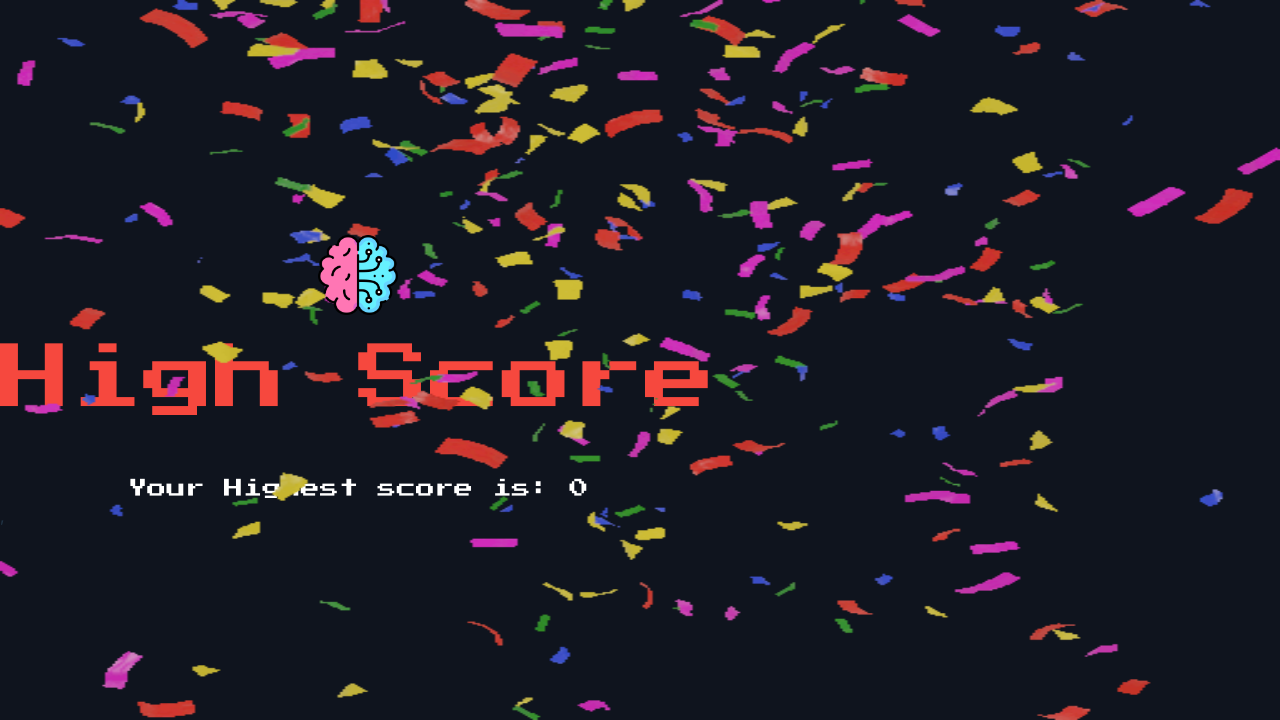
Repository: Shenixo/Color_match_game
Page: /high_score
These files come from the project's save history. The page is drawn as it stood at one moment and after the next save; the edit follows.
The browser window is 1280 px wide. The pictures show the whole page.
The project was rebuilt for these pictures with package versions that can differ from the ones it lists, and the page was loaded fresh each time. Also part of the build but not shown: vite.config.js, src/Components/Tab/Tab.css, src/Components/Tab/Tab.jsx, src/Components/Card/Card.css, src/Components/Card/Card.jsx, src/Pages/Home/Home.jsx, src/Pages/Rules/Rules.css, src/Pages/Rules/Rules.jsx and 5 more. Imported but missing from the stored project, and not drawn on this page: src/assets/button_clicks.wav, src/assets/celebration.mp3, src/assets/game_theme_sound.mp4, src/assets/lose.wav, src/assets/win.wav.

Above is the page before, as saved 2025-02-04 15:13:21.

### index.html
<!DOCTYPE html>
<html lang="en">
  <head>
    <meta charset="UTF-8" />
    <link rel="icon" type="image/svg+xml" href="/vite.svg" />
    <meta name="viewport" content="width=device-width, initial-scale=1.0" />
    <link rel="preconnect" href="https://fonts.googleapis.com" />
    <link rel="preconnect" href="https://fonts.gstatic.com" crossorigin />
    <link rel="preconnect" href="https://fonts.googleapis.com">
<link rel="preconnect" href="https://fonts.gstatic.com" crossorigin>
<link href="https://fonts.googleapis.com/css2?family=Inter:ital,opsz,wght@0,14..32,100..900;1,14..32,100..900&family=Poppins:ital,wght@0,100;0,200;0,300;0,400;0,500;0,600;0,700;0,800;0,900;1,100;1,200;1,300;1,400;1,500;1,600;1,700;1,800;1,900&family=Press+Start+2P&display=swap" rel="stylesheet">
    <title>Color Match</title>
  </head>
  <body>
    <div id="root"></div>
    <script type="module" src="/src/main.jsx"></script>
  </body>
</html>

### src/App.jsx
import { Route, Routes } from "react-router-dom";
import "./App.css";
import Home from "./Pages/Home/Home";
import Rules from "./Pages/Rules/Rules";
import Sound from "./Pages/Sound/Sound";
import GamePlay from "./Pages/GamePlay/GamePlay";
import HighScore from "./Pages/HighScore/HighScore";

function App() {
  return (
    <div>
      <Routes>
        <Route path="/" element={<Home />} />
        <Route path="/game_play" element={<GamePlay/>}/>
        <Route path="/rules" element={<Rules />} />
        <Route path="/sound" element={<Sound />} />
        <Route path="/high_score" element={<HighScore />} />
      </Routes>
    </div>
  );
}

export default App;

### src/App.css
*{
  padding: 0;
  margin: 0;
  box-sizing: border-box;
  font-family: "Inter", serif;
}
body{
  background: #0f141e;
}

### src/Pages/HighScore/HighScore.jsx
import { useEffect, useState } from "react";
import { listenForScoreUpdates } from "../../Components/Card/Card";
import Title from "../../Components/Title/Title";
import celebration_gif from "../../assets/celebration_gif.gif";
import { CelebrationSound } from "../../Components/Sound/Sound";
import "./HighScore.css";

const HighScore = () => {
  const [score, setScore] = useState(
    () => parseInt(localStorage.getItem("score")) || 0
  );
  const [highScore, setHighScore] = useState(
    () => parseInt(localStorage.getItem("high_score")) || 0
  );

  useEffect(() => {
    listenForScoreUpdates(setScore);
  }, []);

  useEffect(() => {
    if (score > highScore) {
      localStorage.setItem("high_score", score);
      setHighScore(score);
    }
  }, [score]);
  useEffect(() => {
    CelebrationSound();
  }, []);

  return (
    <div className="high-score-container">
      <img className="celebration-gif" src={celebration_gif} alt="celebration gif" />
      <div className="container">
        <Title content="High Score" />
        <h2 className="high_score">Your Highest score is: {highScore}</h2>
      </div>
    </div>
  );
};

export default HighScore;

### src/Components/Title/Title.jsx
/* eslint-disable react/prop-types */
import "./Title.css";
import brain from "../../assets/brain.png";
import { Link } from "react-router-dom";
import { TabClick } from "../../Components/Sound/Sound";
import ChosenColor from "../../Components/ChosenColorDisplay/ChosenColorDisplay";
import { useEffect, useState } from "react";

const Title = ({ content }) => {
  const [hint, setHint] = useState(false);

  useEffect(() => {
    const handleHintUpdated = (event) => setHint(event.detail);
    document.addEventListener("hintUpdated", handleHintUpdated);
    return () => {
      document.removeEventListener("hintUpdated", handleHintUpdated);
    };
  }, []);

  return (
    <div className="title">
      <h1>{content}</h1>
      <div className="image-div">
        <ChosenColor className={ hint ? "display-bulb" : ""} />
        <Link to="/">
          <img src={brain} onClick={TabClick} alt="Brain image" width={80} />
        </Link>
      </div>
    </div>
  );
};

export default Title;

### src/Pages/Home/Home.css
.home{
    width: 100%;
    max-height: 100svh;
}
.container{
    display: flex;
    align-items: center;
    justify-content: center;
    margin-top: 6%;
    flex-direction: column;
    gap: 1rem;
}

### src/Components/Sound/Sound.jsx
import Game_sound from "../../assets/game_theme_sound.mp4";
import Tab_sound from "../../assets/button_clicks.wav";
import celebration from "../../assets/celebration.mp3"

let game_theme = new Audio(Game_sound);
game_theme.loop = true;
const GameTheme = () => {
  if (game_theme.paused) {
    game_theme.play();
  } else {
    game_theme.pause();
    game_theme.currentTime = 0;
  }
};


const TabClick = () => {
  const tab_clicks = new Audio(Tab_sound)
  tab_clicks.play()
}

/*
let tab_clicks = new Audio(Tab_sound);
let isSoundPlaying = false;

const TabClick = () => {
  if (!isSoundPlaying) {
    tab_clicks.play();
    isSoundPlaying = true;
  }
};

const StopTabClick = () => {
  if (isSoundPlaying) {
    tab_clicks.pause();
    tab_clicks.currentTime = 0;
    isSoundPlaying = false;
  }
}; */

let celebration_sound = new Audio(celebration)
celebration_sound.loop = true
const CelebrationSound = () => {
  if (celebration_sound.paused) celebration_sound.play()
  else {
    celebration_sound.pause()
    celebration_sound.currentTime = 0
  }
}
export { GameTheme, TabClick, CelebrationSound };

### src/Pages/HighScore/HighScore.css
.high_score{
    color: white;
    font-size: 1.2rem;
    font-family: "Press Start 2P", serif;
}
.high-score-contain{
    position: relative;
}
.celebration-gif{
    width: 100%;
    height: 100%;
    position: fixed;
    top: 0;
    bottom: 0;
    /* z-index: -1; */

}
.high-score-container{
/* z-index: 999; */
}

### src/Components/Title/Title.css
.title {
  display: flex;
  align-items: center;
  gap: 1rem;
  color: #f6483e;
  font-size: 1.4rem;
  margin-bottom: 2.5rem;
  flex-direction: column-reverse;
}
.title h1 {
  font-family: "Press Start 2P", serif;
}
.title img{
  z-index: 99 !important;
}
.image-div{
  position: relative;
}
.bulb-icon{
  position: absolute;
   top: 50%;
  left: 50%;
  transform: translate(20%, -50%);
  z-index: -4;
  transition: top 0.5s ease-in-out;
}
.display-bulb{
  top: -6%;
}
@media only screen and (max-width: 600px){
  .title{
    font-size: 1.1rem;
  }
}

@media only screen and (max-width: 440px){
  .title{
    font-size: .8rem;
  }
}

### src/Components/ChosenColorDisplay/ChosenColorDisplay.jsx
/* eslint-disable react/prop-types */
import { useState, useEffect } from "react";
import EmojiObjectsIcon from "@mui/icons-material/EmojiObjects";
const ChosenColorDisplay = ({className = ""}) => {
  const [chosenColor, setChosenColor] = useState(null);

  useEffect(() => {
    const handleColorChosen = (event) => {
      setChosenColor(event.detail);
    };
    document.addEventListener("colorChosen", handleColorChosen);
    return () => {
      document.removeEventListener("colorChosen", handleColorChosen);
    };
  }, []);
  return (
    <span>
      <EmojiObjectsIcon
        style={{
          color: chosenColor || "#ccc",
          fontSize: 30,
          marginLeft: "-20px",
          filter: chosenColor
            ? `drop-shadow(0px 0px 14px ${chosenColor})`
            : "none",
          transition: "filter 0.3s ease-in-out",
        }}
        className={`bulb-icon ${className}`}
      />
    </span>
  );
};

export default ChosenColorDisplay;

Loaded but not shown: src/main.jsx (common file); src/index.css (common file)

After the next save:
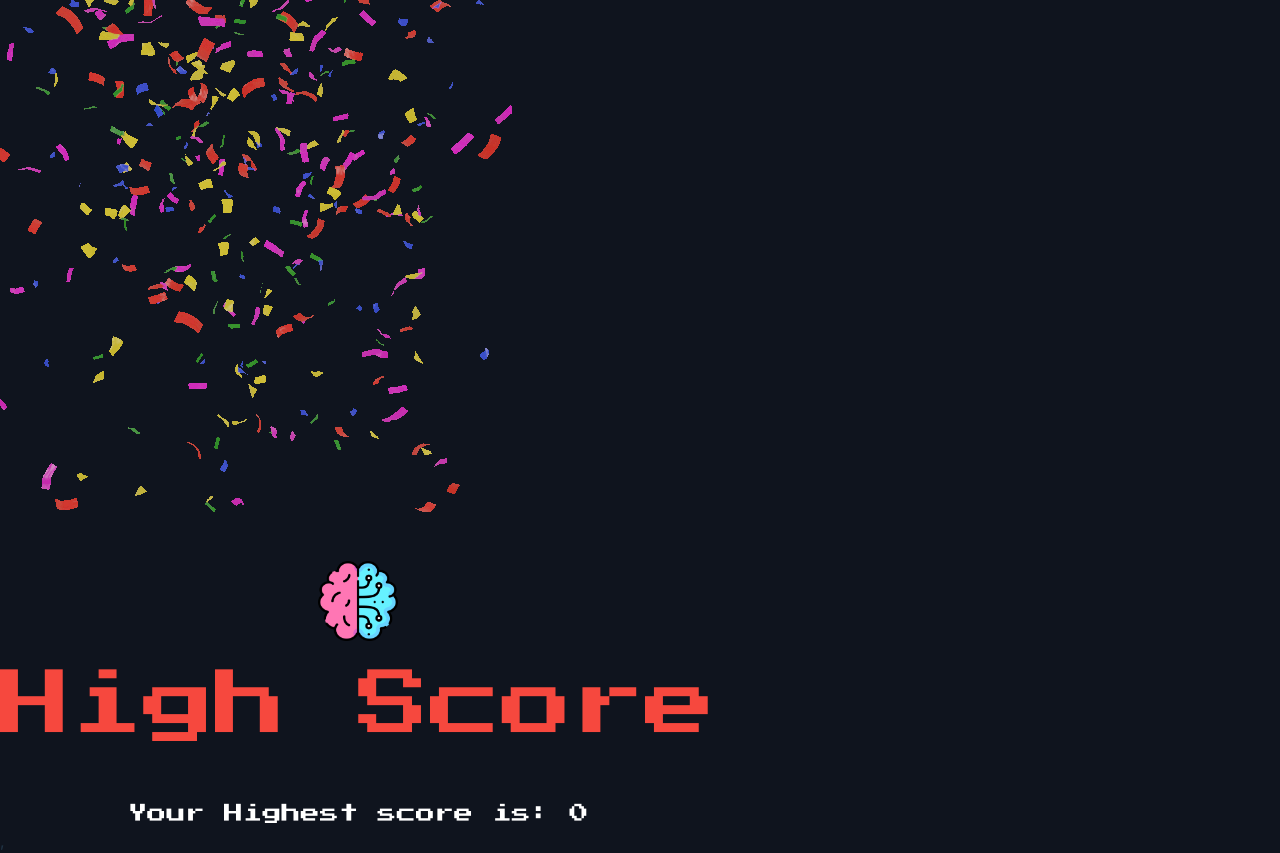
Saved 55 s later.
--- a/src/Pages/HighScore/HighScore.jsx
+++ b/src/Pages/HighScore/HighScore.jsx
@@ -29,7 +29,7 @@
 
   return (
     <div className="high-score-container">
-      <img className="celebration-gif" src={celebration_gif} alt="celebration gif" />
+      <img eclassName="celebration-gif" src={celebration_gif} alt="celebration gif" />
       <div className="container">
         <Title content="High Score" />
         <h2 className="high_score">Your Highest score is: {highScore}</h2>

After the save that followed:
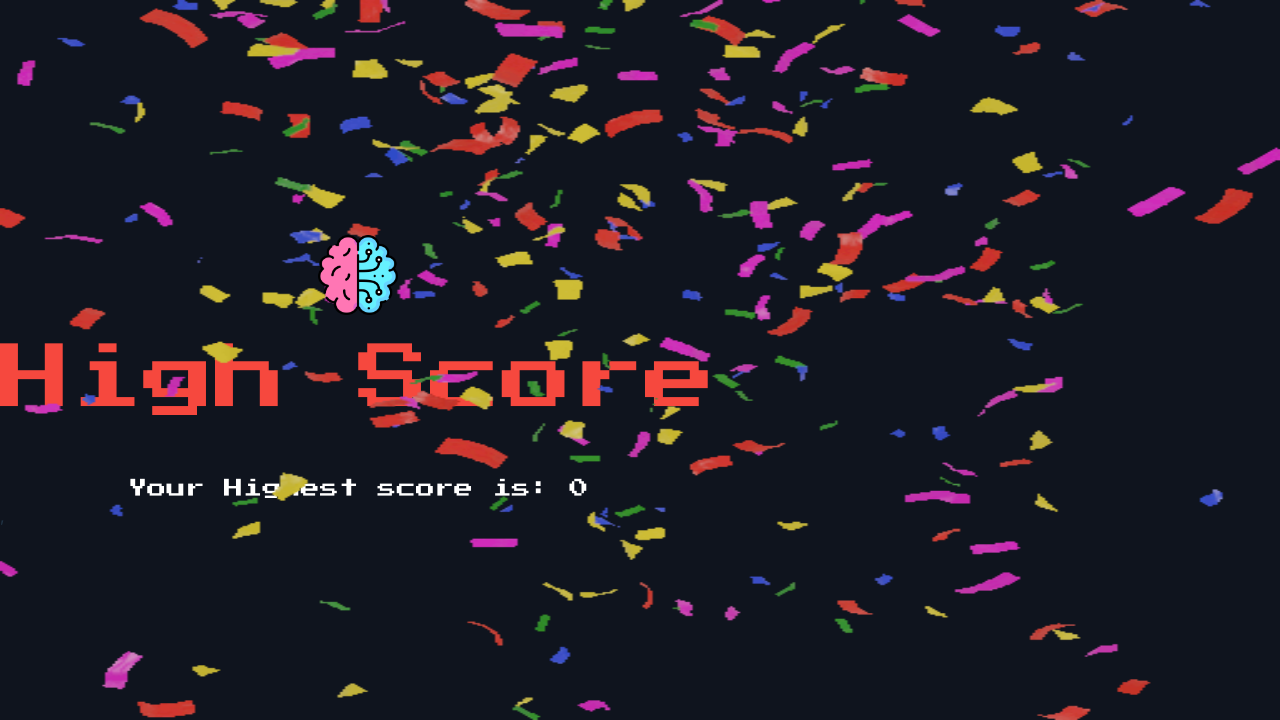
Saved 18 s later.
--- a/src/Pages/HighScore/HighScore.jsx
+++ b/src/Pages/HighScore/HighScore.jsx
@@ -29,7 +29,7 @@
 
   return (
     <div className="high-score-container">
-      <img eclassName="celebration-gif" src={celebration_gif} alt="celebration gif" />
+      <img className="celebration-gif" src={celebration_gif} alt="celebration gif" />
       <div className="container">
         <Title content="High Score" />
         <h2 className="high_score">Your Highest score is: {highScore}</h2>
